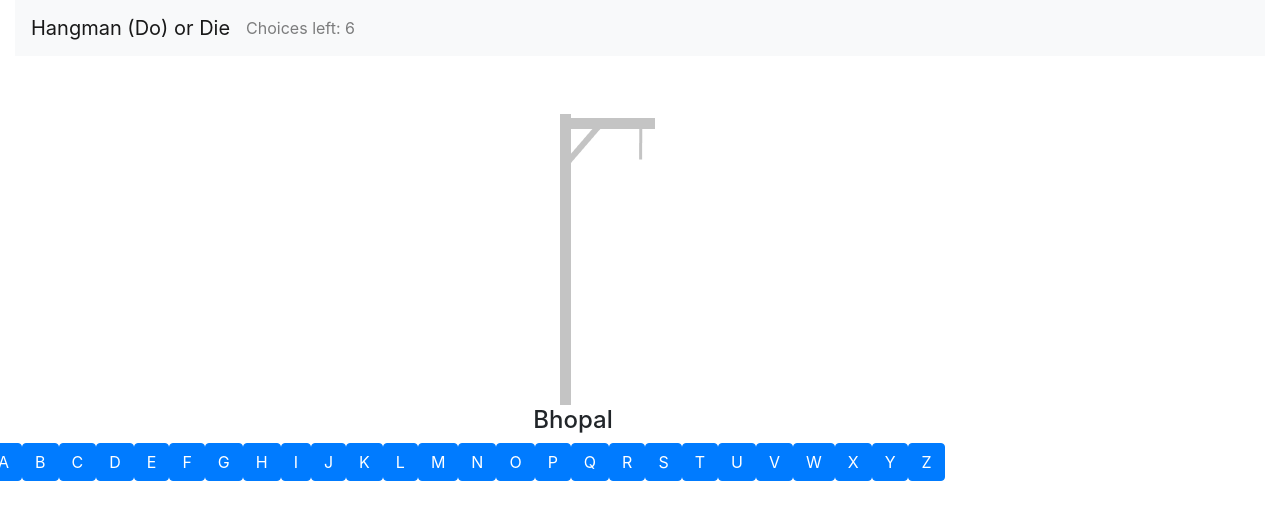
Repository: jatinhchanchlani/hangman
Page: /
An editor plug-in stored every save of this project. The page is shown before and after the next save, followed by the edit.
The browser window is 1280 px wide. The pictures show the whole page.
The project was rebuilt for these pictures with package versions that can differ from the ones it lists, and the page was loaded fresh each time. Also part of the build but not shown: src/App.css.

Above is the page before, as saved 2020-10-24 16:05:50.

### src/index.js
import React from 'react';
import ReactDOM from 'react-dom';
import './index.css';
import App from './App';
import * as serviceWorker from './serviceWorker';
import 'bootstrap/dist/css/bootstrap.css';

ReactDOM.render( <
  React.StrictMode >
  <
  App / >
  <
  /React.StrictMode>,
  document.getElementById('root')
);

// If you want your app to work offline and load faster, you can change
// unregister() to register() below. Note this comes with some pitfalls.
// Learn more about service workers: https://bit.ly/CRA-PWA
serviceWorker.unregister();

### src/App.js
import React from 'react';
import './App.css';
import Game from './components/game';

function App() {
  return ( <
    Game / >
  );
}

export default App;

### src/components/game.jsx
import React, { Component } from "react";
import Image from "./image";
import Header from "./header";
import Letters from "./letters";
import { getRandomCity } from "../model/cities";

const MAX_CHOICES = 6;

class Game extends Component {
  state = { maxChoices: MAX_CHOICES, choicesLeft: MAX_CHOICES };
  render() {
    return (
      <div className="container-fluid">
        <Header choicesLeft={this.state.choicesLeft} />
        <div className="row">
          <div className="col col-sm-5" />
          <div>
            <Image
              choicesLeft={this.state.choicesLeft}
              maxChoices={this.state.maxChoices}
            />
          </div>
        </div>
        <div className="row">
          <div className="col col-sm-5" />
          <h4>{getRandomCity()}</h4>
        </div>
        <div className="row">
          <div className="col col-sm-5" />
          <Letters />
        </div>
      </div>
    );
  }
}

export default Game;

### src/components/image.jsx
import React, { Component } from "react";

class Image extends Component {
  render() {
    const { choicesLeft, maxChoices } = this.props;
    const imagePath = maxChoices - choicesLeft + ".jpg";
    return (
      <img
        className="card-image image-fluid"
        src={require("../images/" + imagePath)}
        alt={imagePath}
      />
    );
  }
}

export default Image;

### src/components/header.jsx
import React, { Component } from "react";

class Header extends Component {
  render() {
    return (
      <nav className="navbar navbar-expand-md navbar-light bg-light">
        <span className="navbar-brand">Hangman (Do) or Die</span>

        <div className="collapse navbar-collapse">
          <span className="navbar-text">
            Choices left: {this.props.choicesLeft}
          </span>
        </div>
      </nav>
    );
  }
}

export default Header;

### src/components/letters.jsx
import React, { Component } from "react";

class Letters extends Component {
  render() {
    return (
      <div className="row">
        {Array(26)
          .fill()
          .map((_, index) => String.fromCharCode("A".charCodeAt(0) + index))
          .map((char) => (
            <button key={char} className="btn btn-primary">
              {char}
            </button>
          ))}
      </div>
    );
  }
}

export default Letters;

### src/model/cities.js
const MIN = 0;
const MAX = 24;

const cities = {
    0: "Mumbai",
    1: "New Delhi",
    2: "Chennai",
    3: "Hyderabad",
    4: "Bengaluru",
    5: "Ahmedabad",
    6: "Jaipur",
    7: "Kolkata",
    8: "Lucknow",
    9: "Bhopal",
    10: "Chandigarh",
    11: "Patna",
    12: "Jabalpur",
    13: "Pune",
    14: "Surat",
    15: "Indore",
    16: "Kanpur",
    17: "Visakhapatnam",
    18: "Agra",
    19: "Varanasi",
    20: "Amritsar",
    21: "Udaipur",
    22: "Noida",
    23: "Ludhiana",
    24: "Gwalior",
}

// Returns a random number between min and max. Min and max are both inclusive
export function getRandomIntInclusive(min, max) {
    min = Math.ceil(min);
    max = Math.floor(max);
    return Math.floor(Math.random() * (max - min + 1) + min);
}

export function getRandomCity() {
    return cities[getRandomIntInclusive(MIN, MAX)];
}

Loaded but not shown: public/index.html (common file); src/index.css (common file); src/serviceWorker.js (common file)

After the next save:
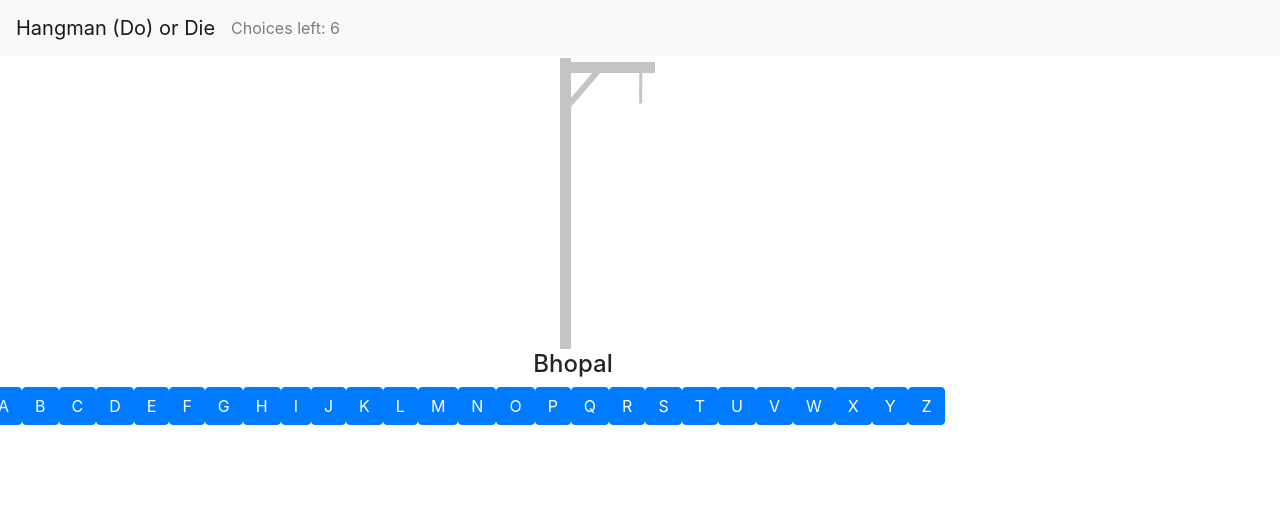
Saved 42 s later.
--- a/src/components/header.jsx
+++ b/src/components/header.jsx
@@ -3,7 +3,7 @@
 class Header extends Component {
   render() {
     return (
-      <nav className="navbar navbar-expand-md navbar-light bg-light">
+      <nav className="navbar fixed-top navbar-expand-md navbar-light bg-light">
         <span className="navbar-brand">Hangman (Do) or Die</span>
 
         <div className="collapse navbar-collapse">

After the 4 saves that followed:
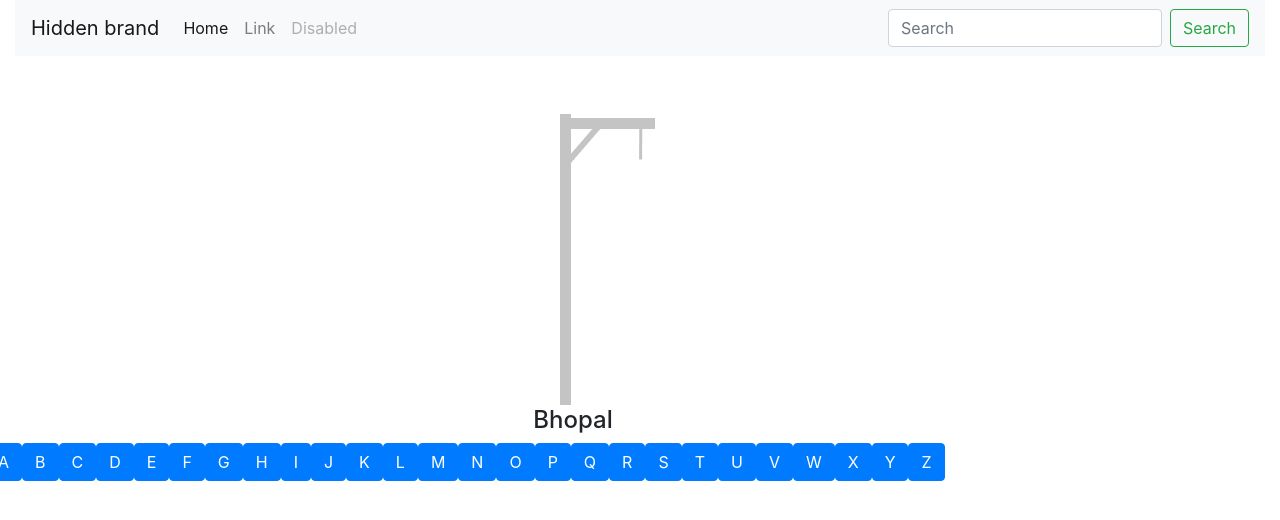
The 4 saves are shown as one change because 3 did not build or start.
The last was saved 2 min 38 s later.
--- a/src/components/header.jsx
+++ b/src/components/header.jsx
@@ -3,13 +3,53 @@
 class Header extends Component {
   render() {
     return (
-      <nav className="navbar fixed-top navbar-expand-md navbar-light bg-light">
-        <span className="navbar-brand">Hangman (Do) or Die</span>
-
-        <div className="collapse navbar-collapse">
-          <span className="navbar-text">
-            Choices left: {this.props.choicesLeft}
-          </span>
+      <nav className="navbar navbar-expand-lg navbar-light bg-light">
+        <button
+          className="navbar-toggler"
+          type="button"
+          data-toggle="collapse"
+          data-target="#navbarTogglerDemo01"
+          aria-controls="navbarTogglerDemo01"
+          aria-expanded="false"
+          aria-label="Toggle navigation"
+        >
+          <span className="navbar-toggler-icon"></span>
+        </button>
+        <div className="collapse navbar-collapse" id="navbarTogglerDemo01">
+          <a className="navbar-brand" href="#">
+            Hidden brand
+          </a>
+          <ul className="navbar-nav mr-auto mt-2 mt-lg-0">
+            <li className="nav-item active">
+              <a className="nav-link" href="#">
+                Home <span class="sr-only">(current)</span>
+              </a>
+            </li>
+            <li className="nav-item">
+              <a className="nav-link" href="#">
+                Link
+              </a>
+            </li>
+            <li className="nav-item">
+              <a className="nav-link disabled" href="#">
+                Disabled
+              </a>
+            </li>
+          </ul>
+          <form className="form-inline my-2 my-lg-0">
+            <input
+              className="form-control mr-sm-2"
+              type="search"
+              placeholder="Search"
+              aria-label="Search"
+            />
+            <button
+              className="btn btn-outline-success my-2 my-sm-0"
+              type="submit"
+            >
+              Search
+            </button>
+          </form>
         </div>
       </nav>
     );
